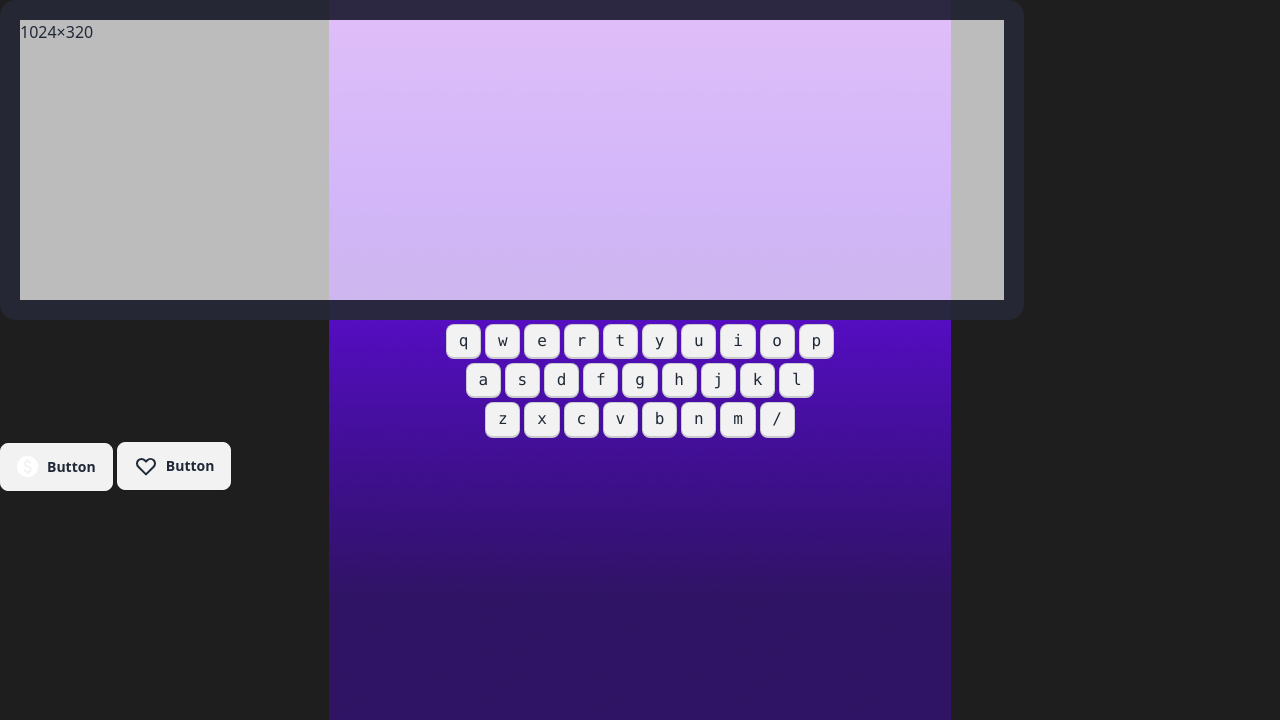
Repository: RudrasahaDibos/Alphabet-clash-
Page: index.html
These files come from the project's save history. The page is drawn as it stood at one moment and after a run of saves; the edit follows.
The browser window is 1280 px wide. The pictures show the whole page.
Some web fonts or font styles are not loaded; a fallback is used. Some web libraries are served in a nearby version.

Above is the page before, as saved 2024-11-04 12:18:59.

After the next 5 saves:
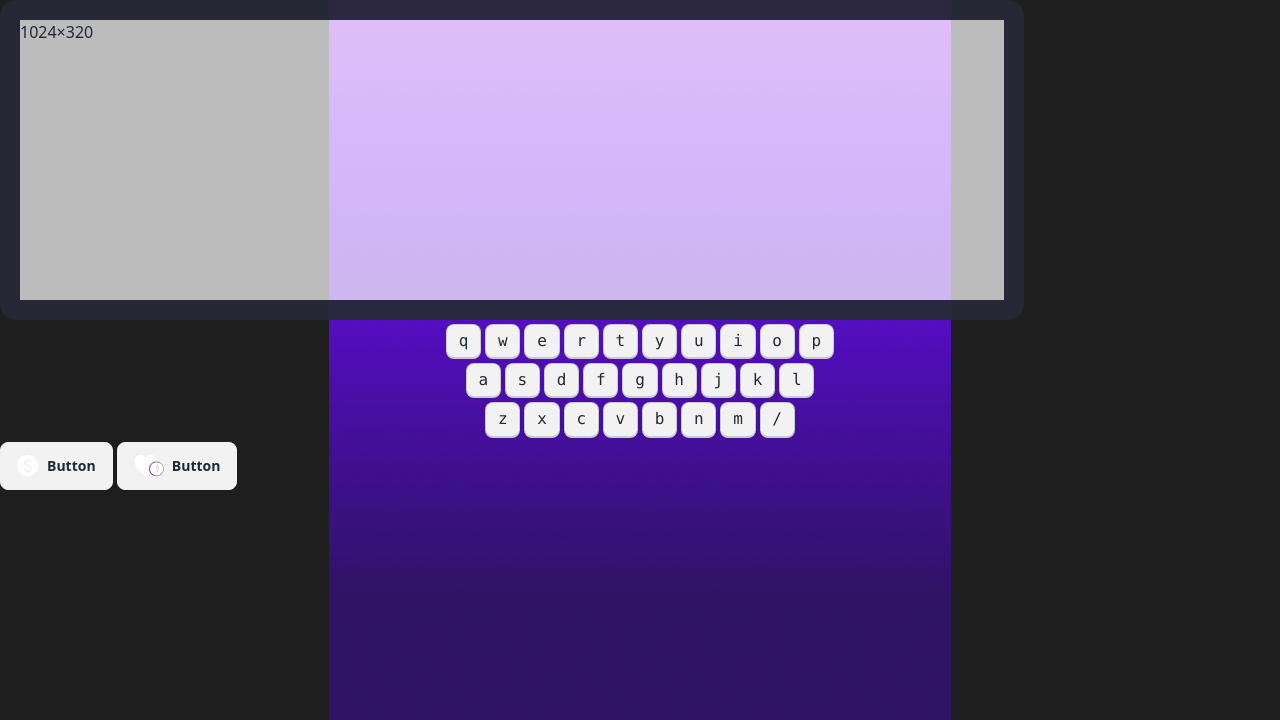
The 5 saves are shown as one change because they came seconds apart.
The last was saved 16 s later.
--- a/index.html
+++ b/index.html
@@ -83,18 +83,7 @@
                                   </button>
 
                                   <button class="btn">
-                                    <svg
-                                      xmlns="http://www.w3.org/2000/svg"
-                                      class="h-6 w-6"
-                                      fill="none"
-                                      viewBox="0 0 24 24"
-                                      stroke="currentColor">
-                                      <path
-                                        stroke-linecap="round"
-                                        stroke-linejoin="round"
-                                        stroke-width="2"
-                                        d="M4.318 6.318a4.5 4.5 0 000 6.364L12 20.364l7.682-7.682a4.5 4.5 0 00-6.364-6.364L12 7.636l-1.318-1.318a4.5 4.5 0 00-6.364 0z" />
-                                    </svg>
+                                    <img src="images/dolar.svg" alt="">
                                     Button
                                   </button>
                                </div>
